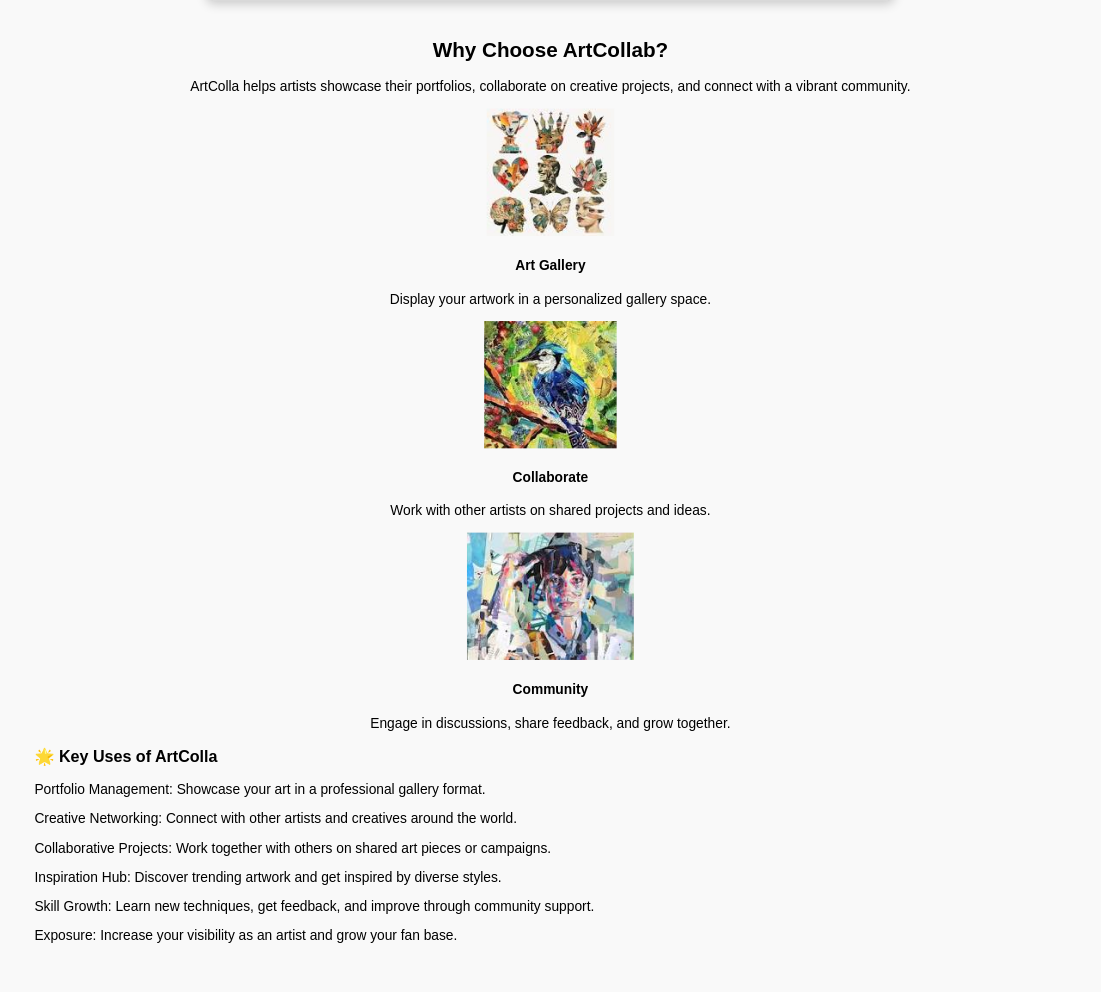
Repository: jeevanReddyP/ArtCollab_App
Page: index.html
An editor plug-in stored every save of this project. The page is shown before and after the next save, followed by the edit.
The browser window is 1280 px wide. The pictures show the part of the page from y = 498 to 1763 px (the page is 1651 px tall before and 1763 px after), at 86% of full size.

Above is the page before, as saved 2025-06-11 16:50:18.

After the next save:
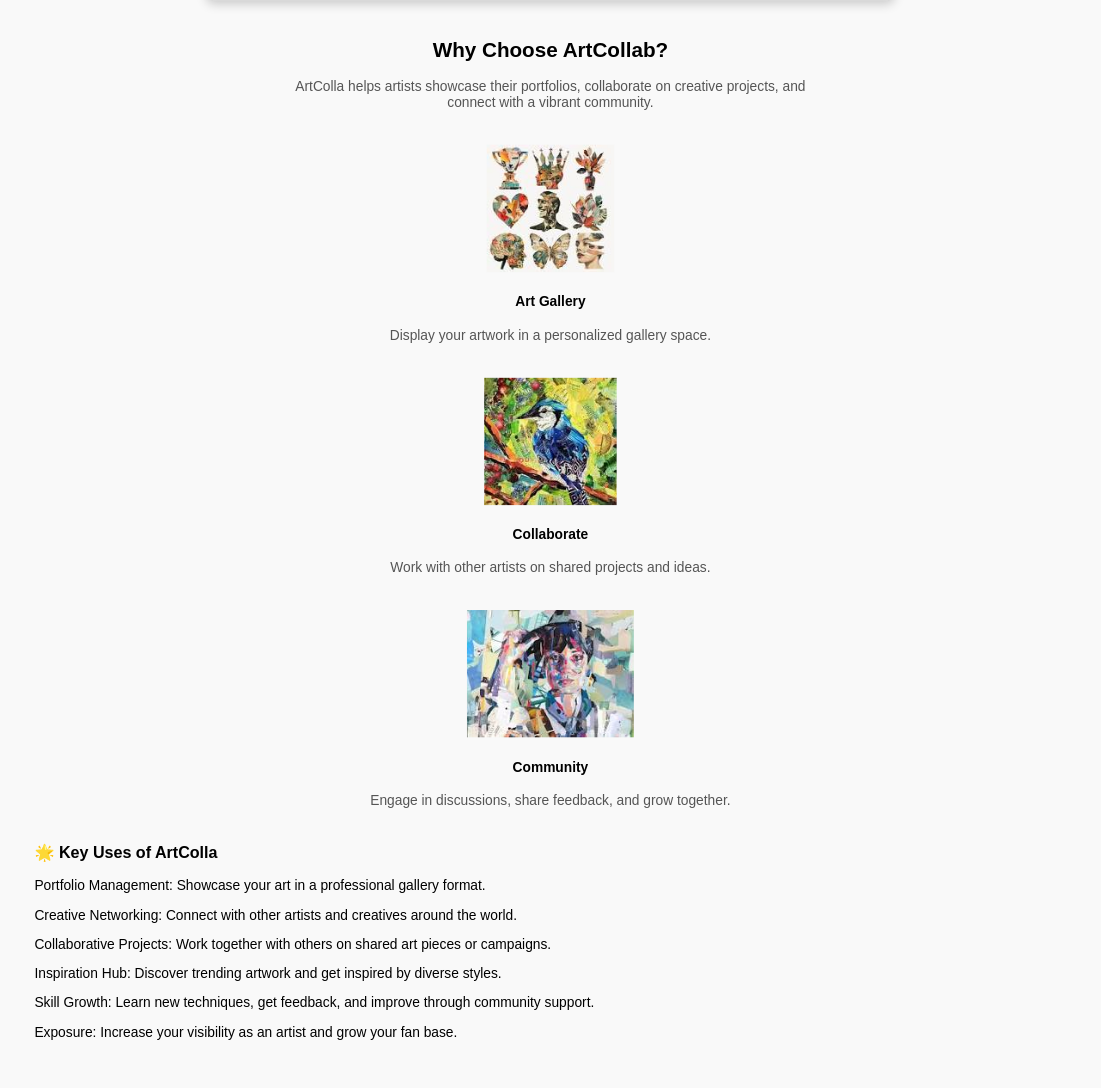
Saved 13 s later.
--- a/index.css
+++ b/index.css
@@ -59,5 +59,8 @@ transition: backgroun-color 0.3s;
     margin-bottom: 20px;
 }
 .app-details p{
-
+     max-width: 600px;
+  margin: 0 auto 40px auto;
+  color: #555;
+  font-size: 16px;
 }
